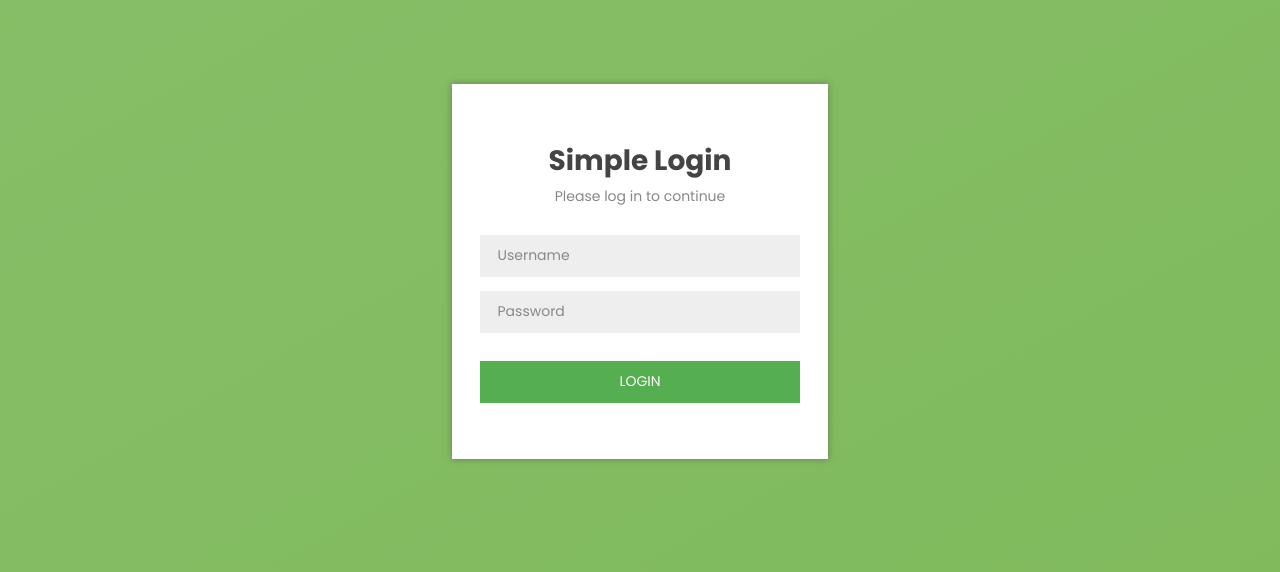
Repository: laurentbul/ApplicationEssai
Page: http://localhost/
These files come from the project's save history. The page is drawn as it stood at one moment and after the next save; the edit follows.
The browser window is 1280 px wide. The pictures show the whole page.
The page is run by PHP 8.4 with error messages shown; the project is at /var/www/html/.

Above is the page before, as saved 2023-04-13 06:23:06.

After the next save:
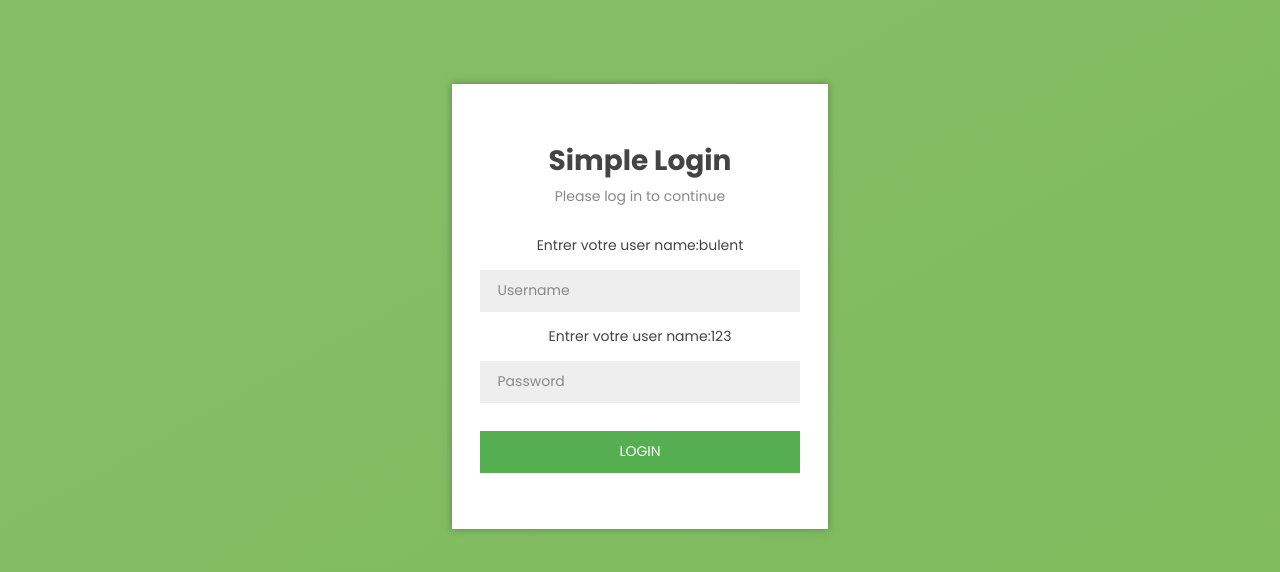
Saved 98 s later.
--- a/login-form-php/index.php
+++ b/login-form-php/index.php
@@ -35,7 +35,9 @@ if (isset($_SESSION['name'])) {
       endif;
       ?>
       <form action="./auth.php" method="post" class="form">
+        <label>Entrer votre user name:bulent</label>
         <input type="text" class="form__input" placeholder="Username" name="username" required />
+        <label>Entrer votre user name:123</label>
         <input type="password" class="form__input" placeholder="Password" name="password" required />
         <button class="form__button" type="submit" name="submit">LOGIN</button>
       </form>
